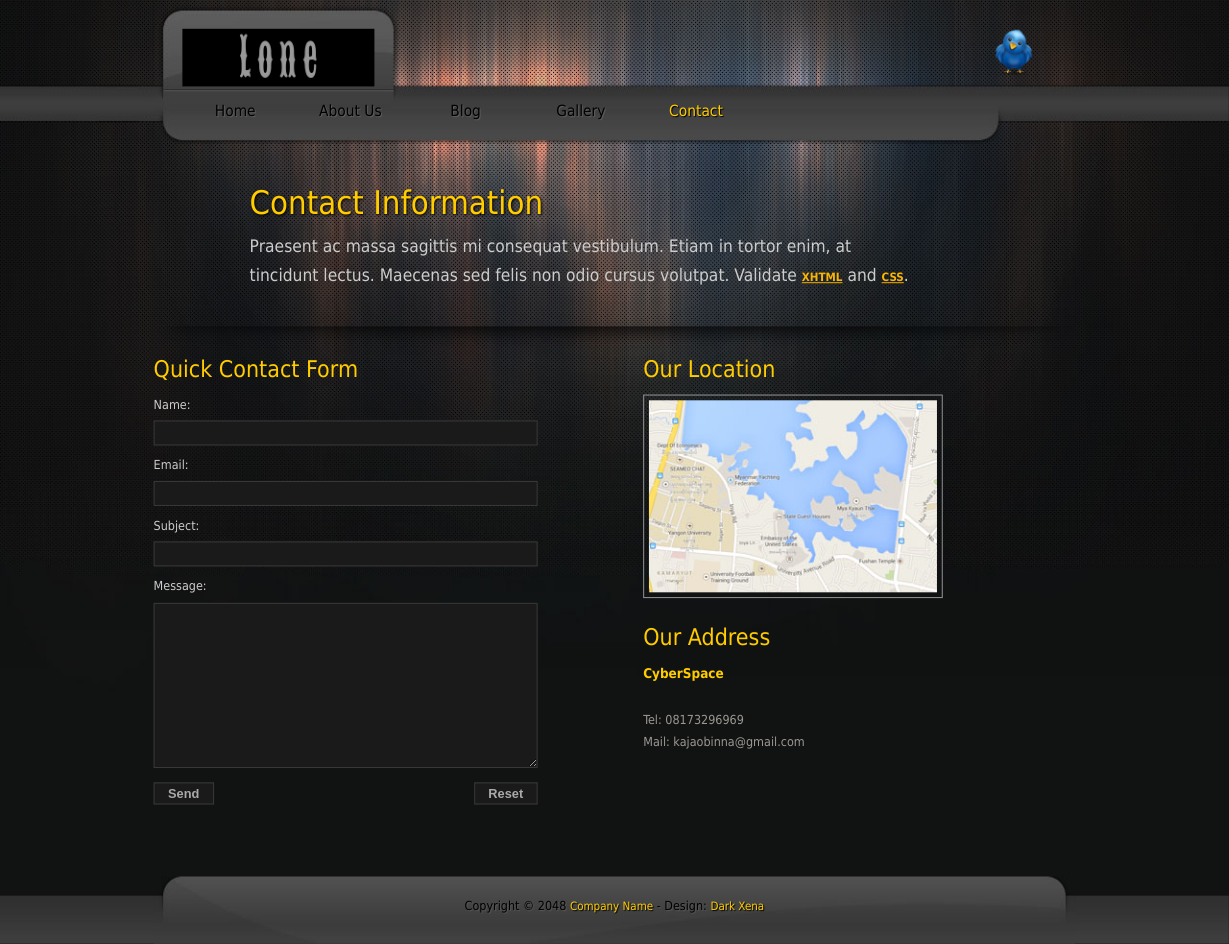
Repository: xenacode-art/Portfolio
Page: 2020_dark_pixel/contact.html
The author's editor kept a copy of each file at every save. The page is drawn from the files as they stood at one save, then again after the next save.
The browser window is 1280 px wide. The pictures show the whole page, at 96% of full size.
Pictures or frames that could not be fetched are drawn as grey boxes.

Above is the page before, as saved 2022-03-08 01:07:03.

After the next save:
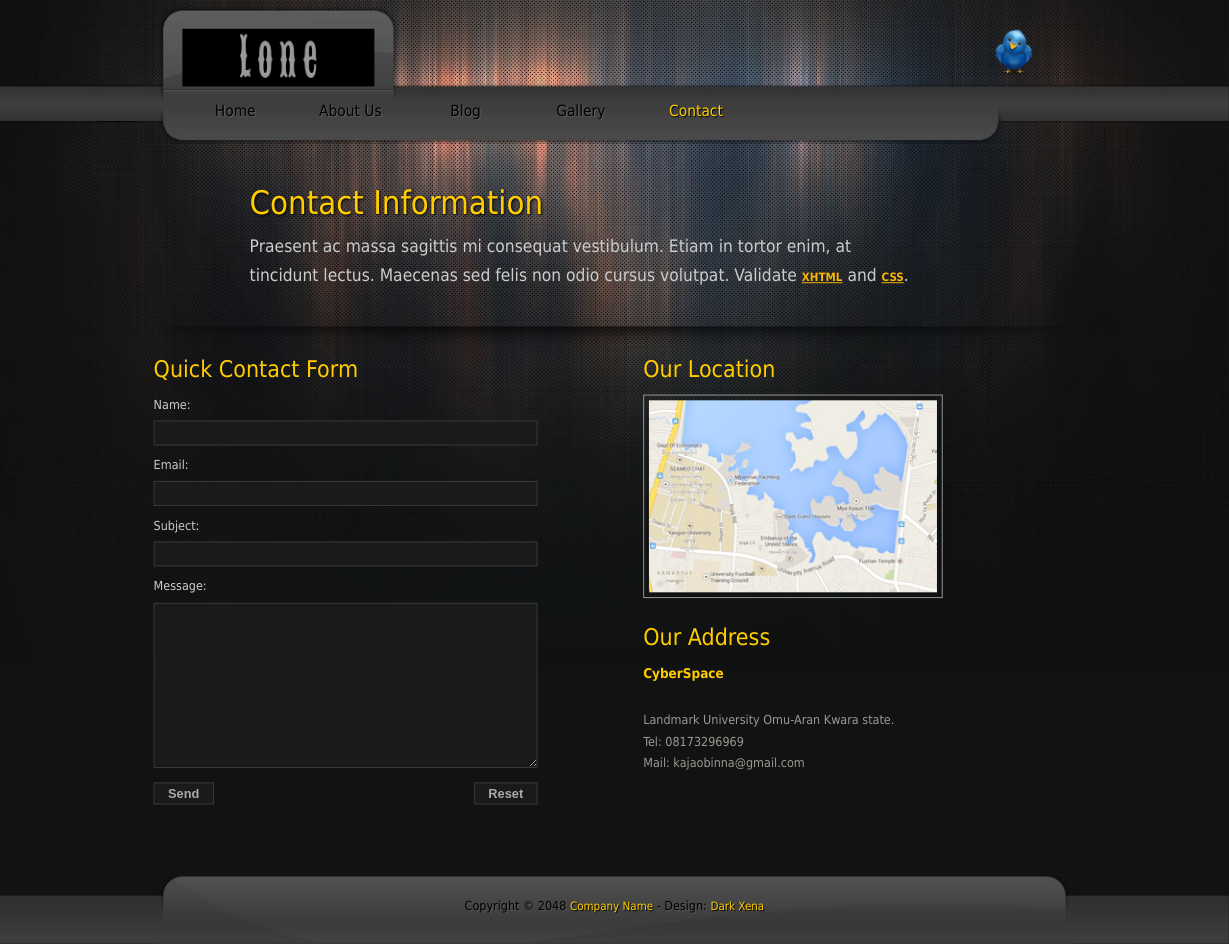
Saved 6 s later.
--- a/2020_dark_pixel/contact.html
+++ b/2020_dark_pixel/contact.html
@@ -109,7 +109,7 @@ $(document).ready(function() {
                     <div class="cleaner h30"></div>
 
                     <h3>Our Address</h3>
-                    <h6><strong>CyberSpace</strong></h6><br
+                    <h6><strong>CyberSpace</strong></h6><br />
                      Landmark University Omu-Aran Kwara state.<br />
                     Tel: 08173296969<br />
 					Mail: kajaobinna@gmail.com<br />
